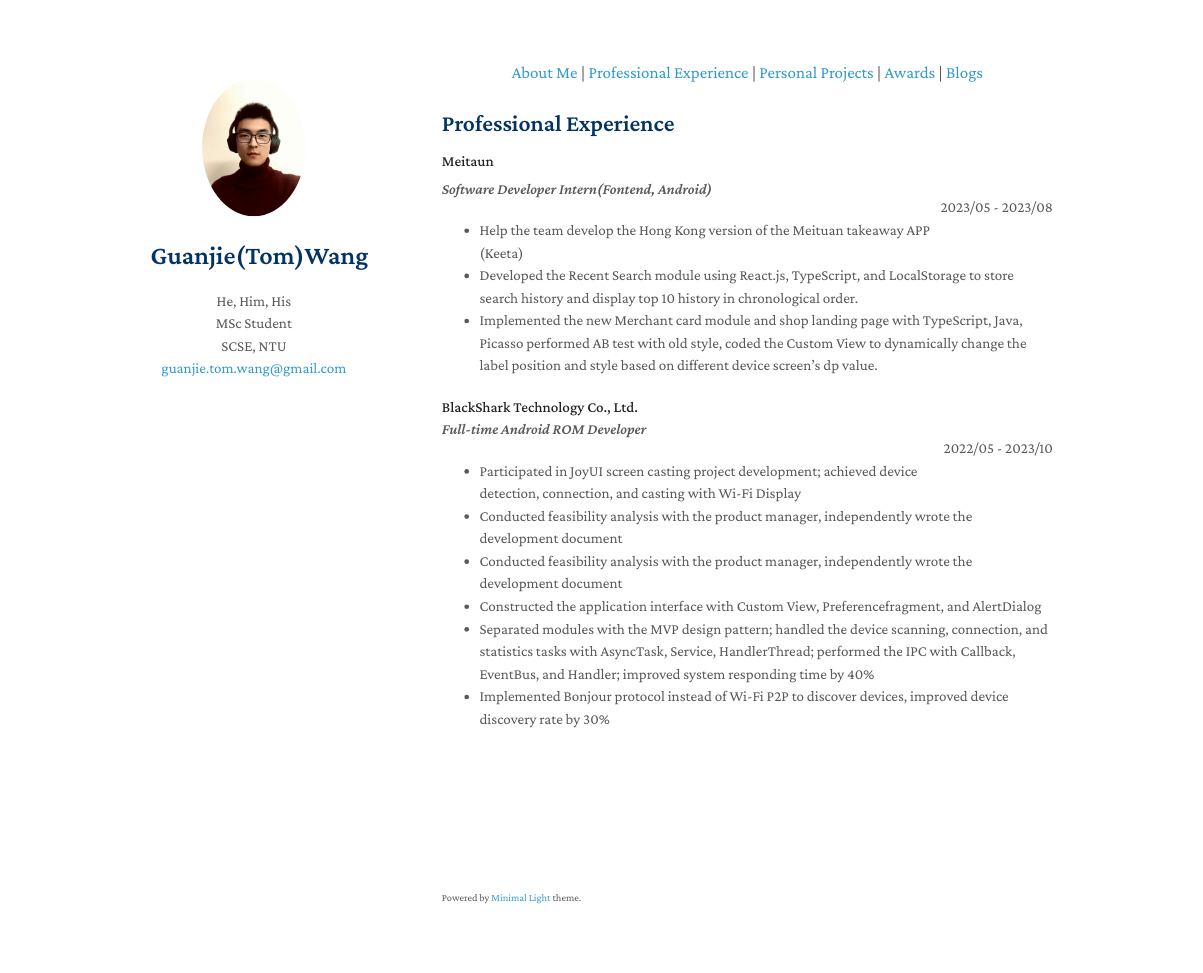
Repository: guanjie01/aboutme
Page: html/professional.html
An editor plug-in stored every save of this project. The page is shown before and after the next save, followed by the edit.
The browser window is 1280 px wide. The pictures show the whole page, at 94% of full size.

Above is the page before, as saved 2023-07-31 18:46:18.

After the next save:
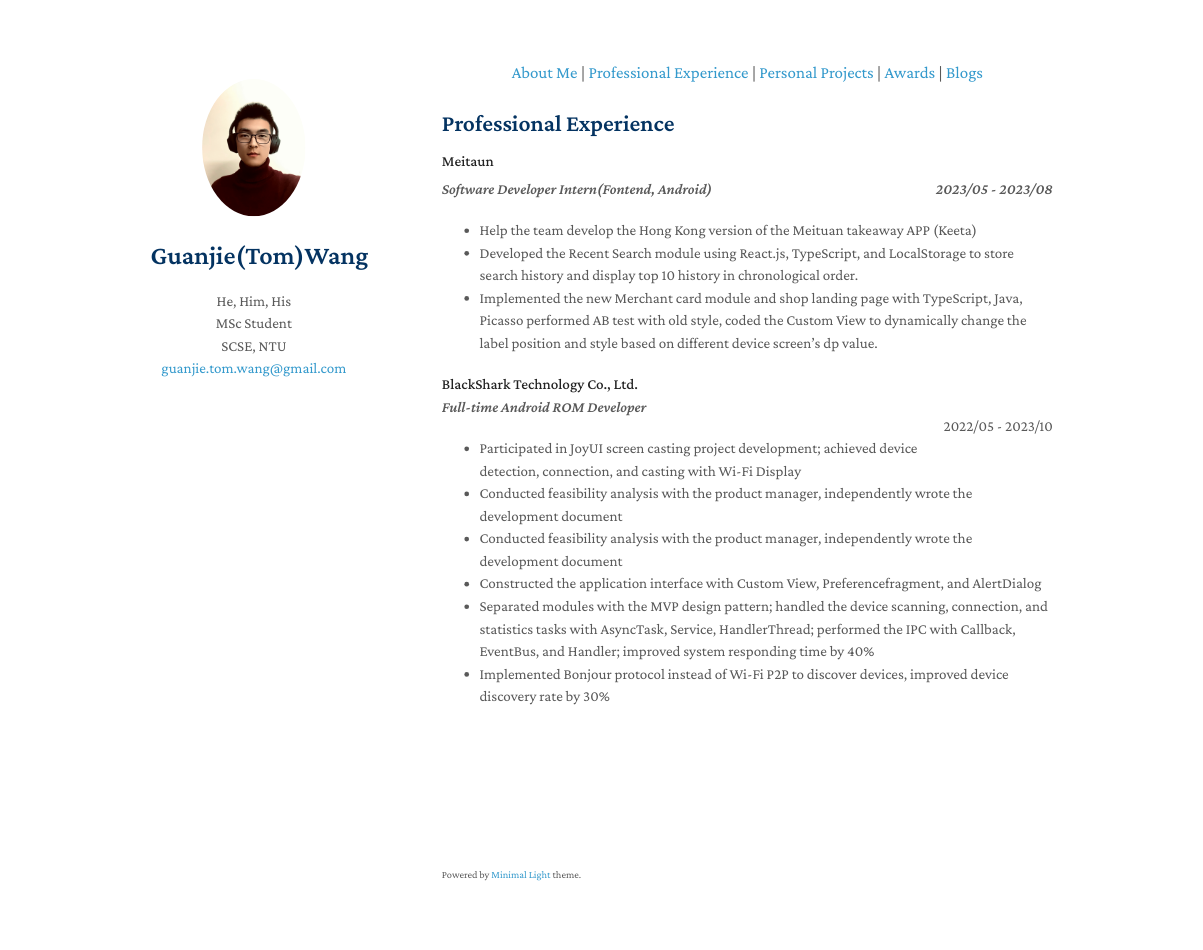
Saved 11 s later.
--- a/html/professional.html
+++ b/html/professional.html
@@ -76,7 +76,7 @@
         <br/>
         <p>
           <em style="float:left;">Software Developer Intern(Fontend, Android)</em>
-          <p style="float:right;margin-left:10px;">2023/05 - 2023/08</p>
+          <em style="float:right;margin-left:10px;">2023/05 - 2023/08</em>
         </p>
 
         <br/>
